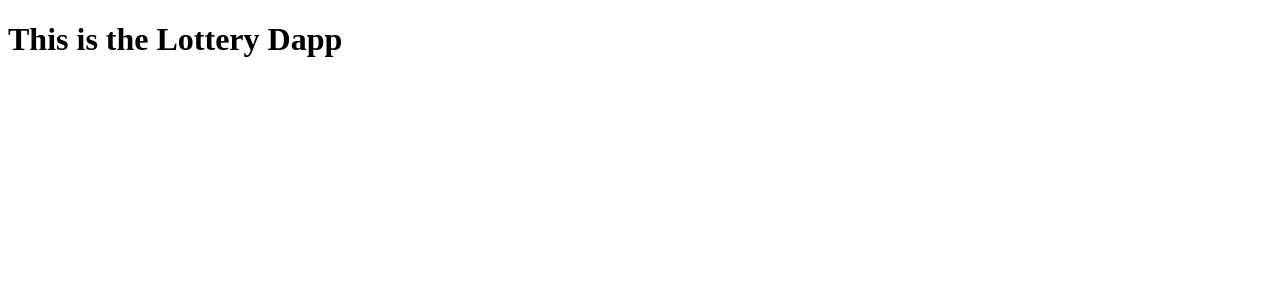
Repository: mrhouzlane/blockchain-developer-bootcamp-final-project
Page: src/index.html
An editor plug-in stored every save of this project. The page is shown before and after the next save, followed by the edit.
The browser window is 1280 px wide. The pictures show the whole page.

Above is the page before, as saved 2022-01-11 19:19:14.

### src/index.html
<!DOCTYPE html>
<html lang="en">

<head>
    <meta charset="UTF-8">
    <meta http-equiv="X-UA-Compatible" content="IE=edge">
    <meta name="viewport" content="width=device-width, initial-scale=1.0">
    <title>Lottery </title>
    <script src="Lotterydapp.js"></script>
</head>

<body>
    <h1>This is the Lottery Dapp</h1>

    <!-- 1. Detect Metamak is/ is not installed  -->

    <div id="mm-detected"> </div>




</body>

</html>

### src/Lotterydapp.js
console.log("Welcome at the Lottery")

// 1. detect MetaMak is/ is not installed

window.addEventListener('load', function () {
    if (typeof window.ethereum != 'undefined') {
        console.log("Metamak detected")
        let mmDetected = document.getElementById("mm-detected")
        mmDetected.innerHTML = "MetaMak Has Been Detected!"

    }

    else {
        console.log("There no Wallet! Not available!")
        alert("You need to install MetaMask or another")
    }
})

After the next save:
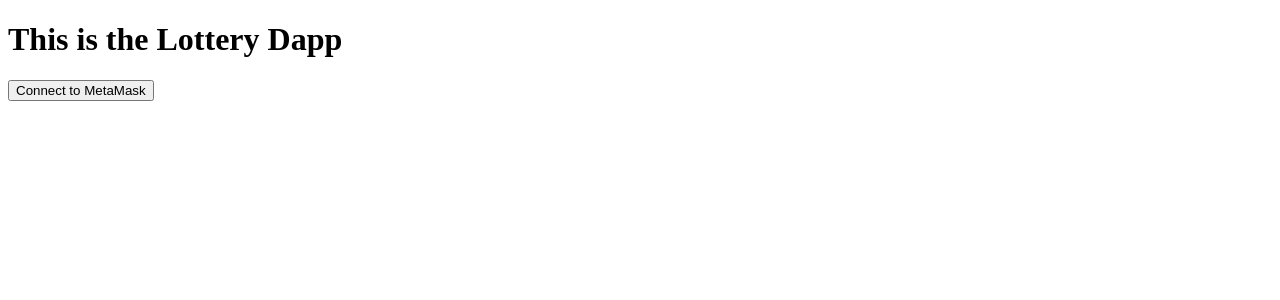
Saved 47 s later.
--- a/src/index.html
+++ b/src/index.html
@@ -16,6 +16,8 @@
 
     <div id="mm-detected"> </div>
 
+    <button>Connect to MetaMask</button>
+
 
 
 
